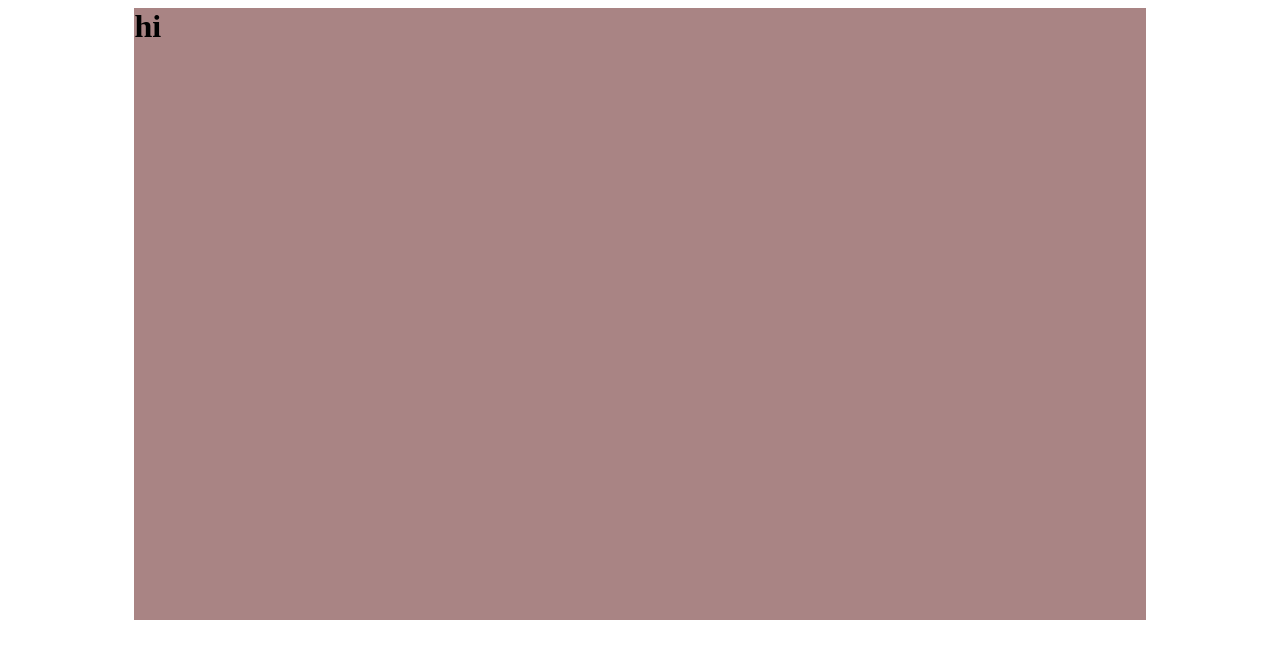
Repository: Rammjay/vimala-activity-report
Page: http://localhost/
An editor plug-in stored every save of this project. The page is shown before and after the next save, followed by the edit.
The browser window is 1280 px wide. The pictures show the whole page.
The page is served by the project's application, run on Django 5.2 (report/manage.py).

Above is the page before, as saved 2024-09-22 11:13:11.

After the next save:
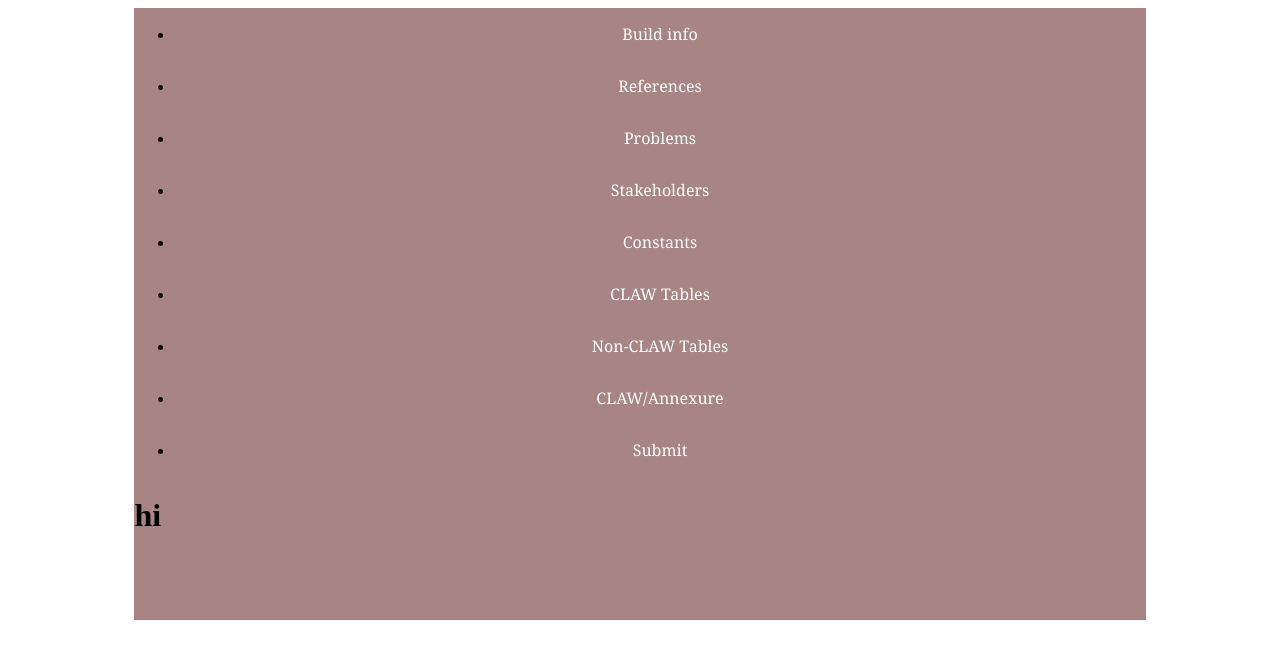
Saved 49 s later.
--- a/vim/report/reports/templates/1.html
+++ b/vim/report/reports/templates/1.html
@@ -29,7 +29,19 @@
     <body>
         <div class="container">
             <div class="header">
-
+                <nav class="navbar" >
+                    <ul>
+                        <li class="selected"><a href="/" onclick="handleTabClick(event, this)">Build info</a></li>
+                        <li><a href="/references" onclick="handleTabClick(event, this)">References</a></li>
+                        <li><a href="/problems" onclick="handleTabClick(event, this)">Problems</a></li>
+                        <li><a href="/stakeholders" onclick="handleTabClick(event, this)">Stakeholders</a></li>
+                        <li><a href="/constants" onclick="handleTabClick(event, this)">Constants</a></li>
+                        <li><a href="/claw" onclick="handleTabClick(event, this)">CLAW Tables</a></li>
+                        <li><a href="/nonclaw" onclick="handleTabClick(event, this)">Non-CLAW Tables</a></li>
+                        <li><a href="/annexure" onclick="handleTabClick(event, this)">CLAW/Annexure</a></li>
+                        <li><a href="/submit" onclick="handleTabClick(event, this)">Submit</a></li>
+                    </ul>
+                </nav>
             </div>
             <h1>hi</h1>
         </div>
